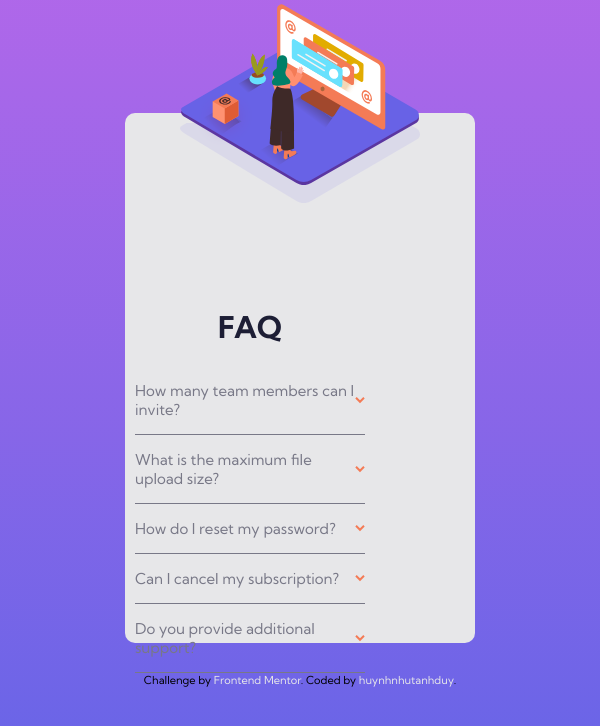
Repository: huynhnhutanhduy/faq-accordion-card
Page: index.html
The author's editor kept a copy of each file at every save. The page is drawn from the files as they stood at one save, then again after the next save.
The browser window is 600 px wide. The pictures show the whole page.

Above is the page before, as saved 2022-10-22 15:34:09.

### index.html
<!DOCTYPE html>
<html lang="en">
  <head>
    <meta charset="UTF-8" />
    <meta name="viewport" content="width=device-width, initial-scale=1.0" />
    <link rel="icon" type="image/png" sizes="32x32" href="./images/favicon-32x32.png" />
    <title>Frontend Mentor | FAQ Accordion Card</title>
    <link rel="preconnect" href="https://fonts.googleapis.com" />
    <link rel="preconnect" href="https://fonts.gstatic.com" crossorigin />
    <link
      href="https://fonts.googleapis.com/css2?family=Kumbh+Sans:wght@400;700&display=swap"
      rel="stylesheet"
    />
    <link rel="stylesheet" href="./app.css" />
  </head>
  <body>
    <main>
      <article class="card">
        <div class="card-media">
          <div class="card-img"></div>
          <img src="./images/illustration-box-desktop.svg" alt="box-icon" class="card-box" />
        </div>
        <div class="card-content">
          <h1 class="card-title">faq</h1>
          <div class="card-list">
            <div class="card-item">
              <div class="card-item__header">
                <span class="card-item__title">How many team members can I invite? </span>
                <img src="./images/icon-arrow-down.svg" alt="" class="card-item__icon" />
              </div>
              <div class="card-item__content">
                <div class="card-item__content-inner">
                  You can invite up to 2 additional users on the Free plan. There is no limit
                  on team members for the Premium plan.
                </div>
              </div>
            </div>
            <div class="card-item">
              <div class="card-item__header">
                <span class="card-item__title">What is the maximum file upload size? </span>
                <img src="./images/icon-arrow-down.svg" alt="" class="card-item__icon" />
              </div>
              <div class="card-item__content">
                <div class="card-item__content-inner">
                  No more than 2GB. All files in your account must fit your allotted storage
                  space.
                </div>
              </div>
            </div>
            <div class="card-item">
              <div class="card-item__header">
                <span class="card-item__title">How do I reset my password? </span>
                <img src="./images/icon-arrow-down.svg" alt="" class="card-item__icon" />
              </div>
              <div class="card-item__content">
                <div class="card-item__content-inner">
                  Click “Forgot password” from the login page or “Change password” from your
                  profile page. A reset link will be emailed to you.
                </div>
              </div>
            </div>
            <div class="card-item">
              <div class="card-item__header">
                <span class="card-item__title">Can I cancel my subscription? </span>
                <img src="./images/icon-arrow-down.svg" alt="" class="card-item__icon" />
              </div>
              <div class="card-item__content">
                <div class="card-item__content-inner">
                  Yes! Send us a message and we’ll process your request no questions asked.
                </div>
              </div>
            </div>
            <div class="card-item">
              <div class="card-item__header">
                <span class="card-item__title">Do you provide additional support? </span>
                <img src="./images/icon-arrow-down.svg" alt="" class="card-item__icon" />
              </div>
              <div class="card-item__content">
                <div class="card-item__content-inner">
                  Chat and email support is available 24/7. Phone lines are open during normal
                  business hours.
                </div>
              </div>
            </div>
          </div>
        </div>
      </article>
    </main>
    <footer class="attribution">
      Challenge by
      <a href="https://www.frontendmentor.io?ref=challenge" target="_blank">Frontend Mentor</a
      >. Coded by <a href="https://github.com/huynhnhutanhduy">huynhnhutanhduy</a>.
    </footer>

    <script src="./app.js"></script>
  </body>
</html>

### app.css
:root {
  --very-dark-desaturated-blue: hsl(238, 29%, 16%);
  --soft-red: hsl(14, 88%, 65%);
  --soft-violet: hsl(273, 75%, 66%);
  --soft-blue: hsl(240, 73%, 65%);
  --very-dark-grayish-blue: hsl(237, 12%, 33%);
  --dark-grayish-blue: hsl(240, 6%, 50%);
  --light-grayish-blue: hsl(240, 5%, 91%);
  --scrollHeight: 45px;
}
* {
  margin: 0;
  padding: 0;
  border: 0;
}
*,
*::before,
*::after,
html {
  box-sizing: border-box;
}
html {
  font-size: 62.5%;
}
body {
  font-size: 1.2rem;
  font-weight: normal;
  font-family: "Kumbh Sans", sans-serif;
  background-image: linear-gradient(var(--soft-violet), var(--soft-blue));
  margin: 0;
  height: 100vh;
  width: 100vw;
  display: grid;
  justify-content: center;
  align-content: center;
}
a {
  text-decoration: none;
}
img {
  display: block;
  max-width: 100%;
}

.attribution {
  font-size: 11px;
  text-align: center;
}
.attribution a {
  color: var(--light-grayish-blue);
}

.card {
  border-radius: 1rem;
  margin-bottom: 3rem;
  background-color: var(--light-grayish-blue);
  height: 509px;
  width: 920px;
  display: grid;
  grid-template-columns: 400px 1fr;
  grid-gap: 6rem;
  background-image: url("./images/bg-pattern-desktop.svg");
  background-repeat: no-repeat;
  background-position: 1260% 65%;
}
.card-media {
  position: relative;
}
.card-img {
  background: url("./images/illustration-woman-online-desktop.svg");
  height: 100%;
  background-repeat: no-repeat;
  background-position: 120% center;
}
.card-box {
  position: absolute;
  top: 42%;
  left: -25%;
}
.card-content {
  padding: 8rem 10rem 9rem 0;
}
.card-title {
  text-transform: uppercase;
  margin-bottom: 2rem;
  font-size: 3rem;
  color: var(--very-dark-desaturated-blue);
}
.card-item {
  padding-top: 1.5rem;
  border-bottom: 1px solid var(--dark-grayish-blue);
}
.card-item__header {
  display: flex;
  justify-content: space-between;
  font-size: 1.5rem;
  padding-bottom: 1.5rem;
  cursor: pointer;
  transition: all 0.25s linear;
  align-items: center;
}
.card-item__icon {
  width: 10px;
  height: 7px;
}
.card-item__header > * {
  pointer-events: none;
}
.card-item__header,
.card-item__content {
  color: var(--dark-grayish-blue);
}
.card-item__header-icon {
  color: var(--soft-red);
}
.card-item__content {
  height: 0;
  overflow: hidden;
  transition: all 0.25s linear;
}
.active span {
  color: var(--very-dark-desaturated-blue);
  font-weight: 700;
}
.active img {
  transform: rotate(180deg);
  transition: all 0.25s linear;
}
.active .card-item__content {
  height: var(--scrollHeight);
}
.card-item__content-inner {
  margin-bottom: 1.5rem;
}
@media screen and (max-width: 767px) {
  .card {
    width: 350px;
    grid-template-columns: 1fr;
    grid-template-rows: 100px 1fr;
    grid-gap: 0.5rem;
    height: 530px;
    padding: 1rem;
    position: relative;
  }
  .card-media {
    background: url("./images/bg-pattern-mobile.svg");
    background-repeat: no-repeat;
    background-position: center 590%;
  }
  .card-img {
    position: absolute;
    width: 100%;
    height: 200px;
    background-size: 72%;
    background-position: center;
    top: -129%;
  }
  .card-box {
    width: 55px;
    left: 19%;
    top: -30%;
  }
  .card-title {
    text-align: center;
  }
}

### app.js
const headers = document.querySelectorAll(".card-item__header");
[...headers].forEach((item) =>
  item.addEventListener("click", function (e) {
    if (e.target.parentNode.classList.contains("active")) {
      e.target.parentNode.classList.toggle("active");
      console.log(1);
    } else {
      headers.forEach((value) => value.parentNode.classList.remove("active"));
      e.target.parentNode.classList.add("active");
      console.log(0);
    }
  })
);

After the next save:
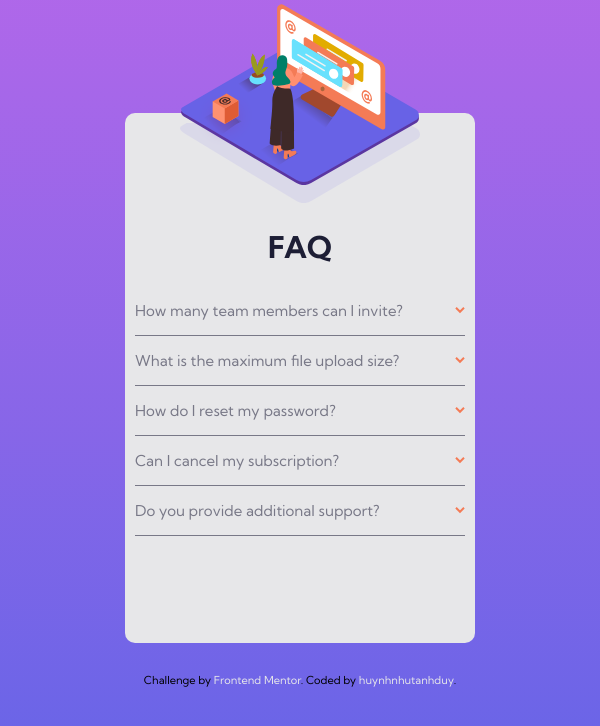
Saved 32 s later.
--- a/app.css
+++ b/app.css
@@ -160,6 +160,9 @@ img {
     left: 19%;
     top: -30%;
   }
+  .card-content {
+    padding: 0;
+  }
   .card-title {
     text-align: center;
   }
